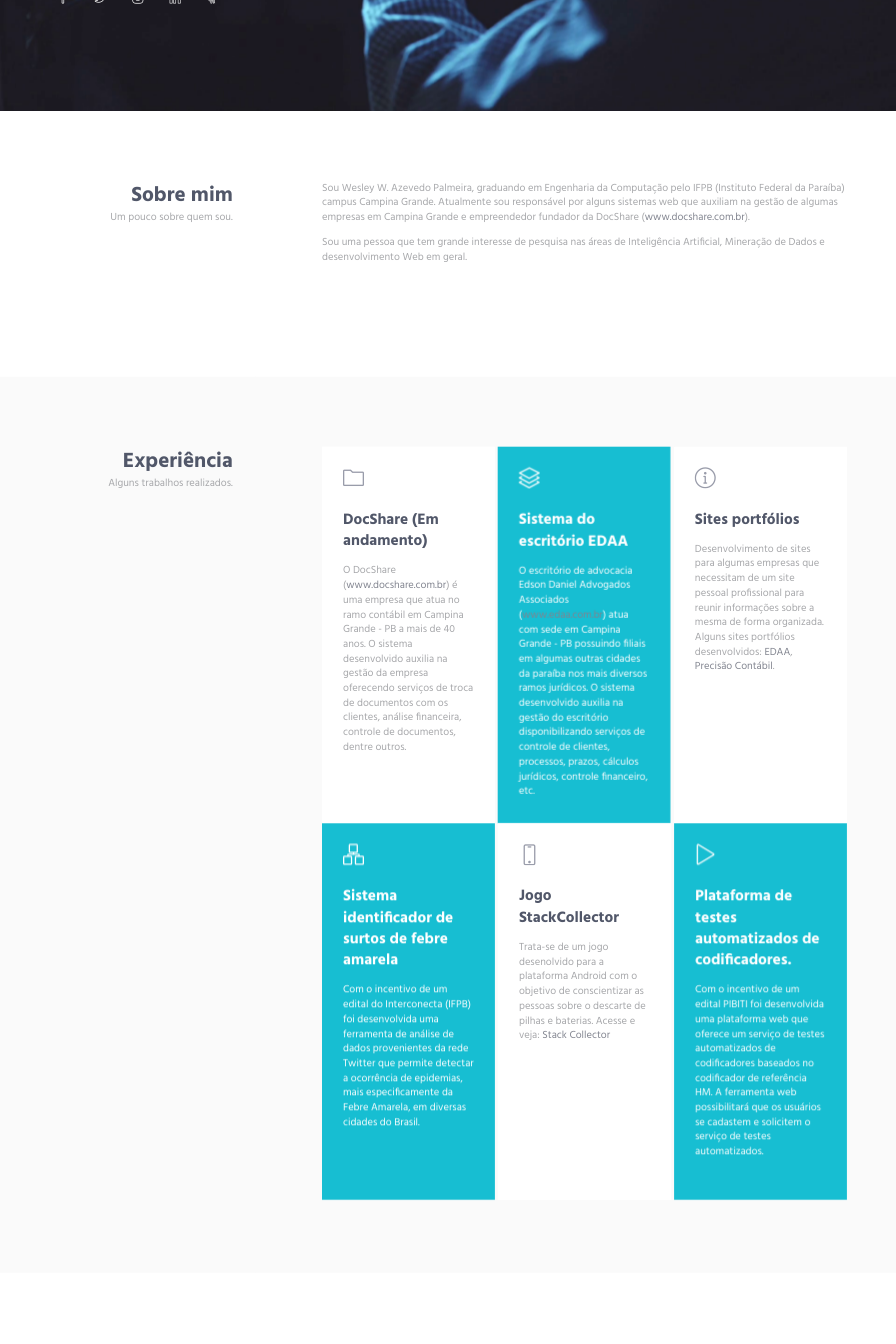
Repository: nolderosw/wesleyazevedo
Page: public/index.html
The author's editor kept a copy of each file at every save. The page is drawn from the files as they stood at one save, then again after the next save.
The browser window is 1280 px wide. The pictures show the part of the page from y = 523 to 2443 px (the page is 2619 px tall), at 70% of full size.

Above is the page before, as saved 2019-07-25 21:03:50.

After the next save:
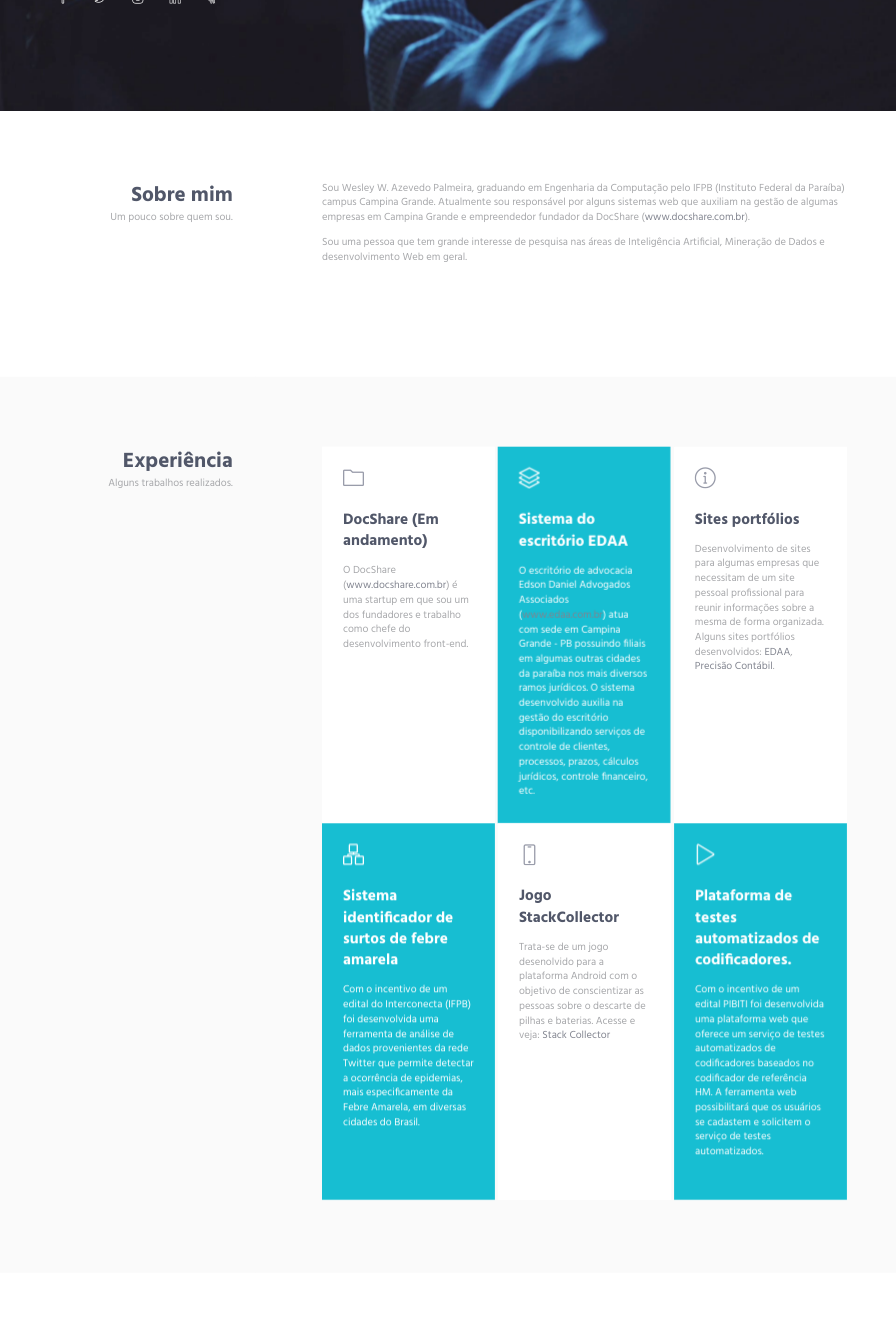
Saved 48 s later.
--- a/public/index.html
+++ b/public/index.html
@@ -140,9 +140,7 @@
                                     </div>
                                         <h3> DocShare (Em andamento)</h3>
                                         <p class="margin-b-5">O DocShare (<a target="_blank" href="http://www.docshare.com.br">www.docshare.com.br</a>)
-                                            é uma empresa que atua no ramo contábil em Campina Grande - PB a mais de 40 anos.
-                                            O sistema desenvolvido auxilia na gestão da empresa oferecendo serviços de troca de
-                                            documentos com os clientes, análise financeira, controle de documentos, dentre outros.</p>
+                                            é uma startup em que sou um dos fundadores e trabalho como chefe do desenvolvimento front-end.</p>
                                   <!--  <a href="img/logo.png" class="content-wrapper-link" target="_parent"></a> -->
                                 </div>
                             </div>
